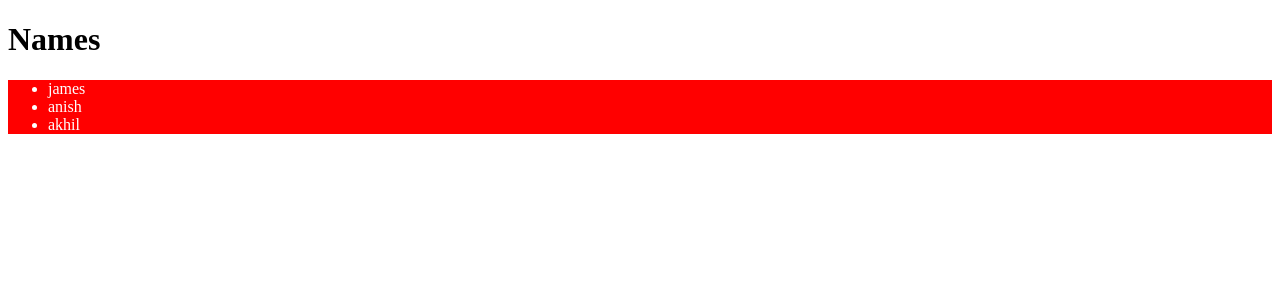
Repository: anish9914/phpprojectgh
Page: http://localhost/names.php
The author's editor kept a copy of each file at every save. The page is drawn from the files as they stood at one save, then again after a run of saves.
The browser window is 1280 px wide. The pictures show the whole page.
The page is run by PHP 8.4 with error messages shown; the project is at /var/www/html/.

Above is the page before, as saved 2022-12-14 12:42:13.

After the next 3 saves:
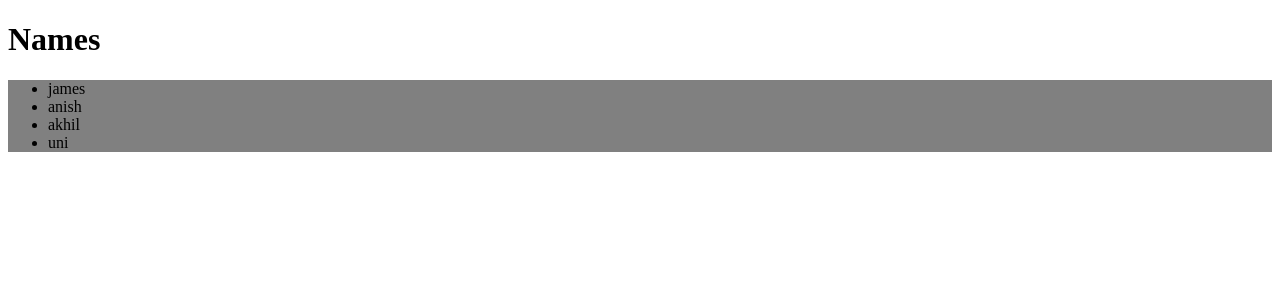
The 3 saves are shown as one change because they came seconds apart.
The last was saved 14 min 14 s later.
--- a/names.php
+++ b/names.php
@@ -1,5 +1,5 @@
 <?php
-$names=['james','anish', 'akhil',];
+$names=['james','anish', 'akhil','uni',];
 ?>
 
 
